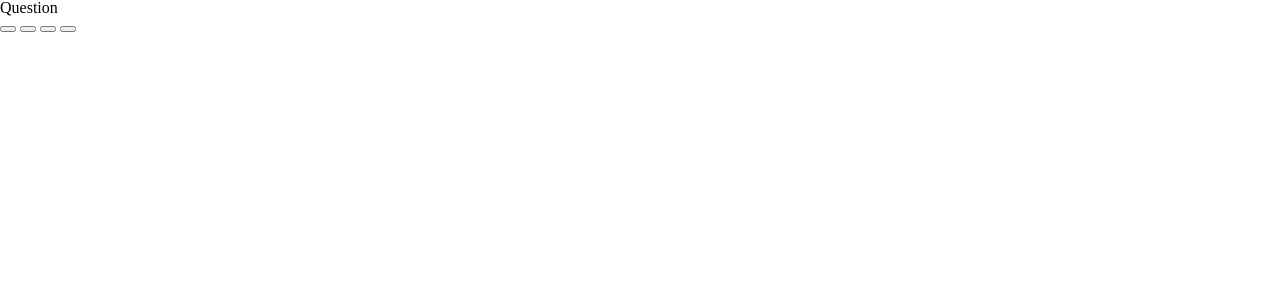
Repository: Pauldan1988/timed-quiz
Page: index.html
The author's editor kept a copy of each file at every save. The page is drawn from the files as they stood at one save, then again after a run of saves.
The browser window is 1280 px wide. The pictures show the whole page.

Above is the page before, as saved 2023-01-15 12:35:34.
Console error: SyntaxError: Unexpected token '}'

### index.html
<!DOCTYPE html>
<html lang="en">
  <head>
    <meta charset="UTF-8" />
    <meta http-equiv="X-UA-Compatible" content="IE=edge" />
    <meta
      name="viewport"
      content="width=device-width, height=device-height, initial-scale=1.0, user-scalable=yes"
    />
    <title>Document</title>
    <link rel="stylesheet" href="./assets/reset.css" />
    <link rel="stylesheet" href="./assets/style.css" />
  </head>
  <body>
    <div id="quizlet"></div>
    <div id="quiz area">
      <h2 id="questiontext">Question</h2>
      <button id="q1"></button>
      <button id="q2"></button>
      <button id="q3"></button>
      <button id="q4"></button>
      <p id="timer"></p>
    </div>

    <script src="./assets/script.js"></script>
  </body>
</html>

### assets/script.js
const body = document.body;
const headerEl = document.createElement("header");
const h1El = document.createElement("h1");
const paraEl = document.createElement("p");
const startQuizEl = document.createElement("div");
const scoresEl = document.createElement("div");
let time = 60
let timer
let questionIndex = 0
const questions = [
    {
        question:"This is a question",
        choices: ["1","2","3","4"],
        answer: "1"
    },
    {
        question:"This is a question 2",
        choices: ["1","2","3","4"],
        answer: "2"
    },
    {
        question:"This is a question 3",
        choices: ["1","2","3","4"],
        answer: "4"
    },
    {
        question:"This is a question 4",
        choices: ["1","2","3","4"],
        answer: "3"
    }
]


function displayQuestion() {
    document.querySelector("#questiontext").innerText = questions[questionIndex].question
    document.querySelector("#q1").innerText = questions[questionIndex].choices[0]
    document.querySelector("#q2").innerText = questions[questionIndex].choices[1]
    document.querySelector("#q3").innerText = questions[questionIndex].choices[2]
    document.querySelector("#q4").innerText = questions[questionIndex].choices[3]
}
displayQuestion()


function startTimer() {
    timer = setInterval(function(){
        if(time > 0){
            time -=1
            document.querySelector("#timer").innerText = time
        }
    },1000)
}
startTimer()


function checkAnswer(event) {
 const userChoice = event.target.
}









body.appendChild(headerEl)
body.appendChild(h1El)
headerEl.setAttribute("style", "margin:auto; background-color: black; width:auto; height: 5rem; display:flex;")
h1El.setAttribute("style", "margin:auto; display:flex; justify-content:center; font-size:50px")

h1El.textContent = "JavaQuiz!"

function header() {

}






























// const containerE1 = document.getElementById("quizlet")

// function dashboard() {
//     const dashContainer = document.createElement("div")

//     const dashHeader = document.createElement("header")
//     dashHeader.textContent = "Quizlet"
//     // dashHeader.classList.add("")
//     const logoh1 = document.createElement("h1")
//     logoh1.textContent = "QZ"
//     // logoh1.classList.add("")
//     const dashButton = document.createElement("button")
//     dashButton.textContent = "Scores"
//     dashButton.addEventListener("click", function () {

//     })
//     dashHeader.appendChild(logoh1)
//     dashHeader.appendChild(dashButton)
//     dashContainer.appendChild(dashHeader)
//     return dashContainer
// }

// dashboard()

// function scoreSheet() {
//     const scoreDiv = document.createElement = createElement("div")

//     const scoreHeader = document.createElement = createElement("header")
//     scoreHeader.textContent = "Congratulations! Your score is"
//     // scoreHeader.classList.add("")
//     // const scoreHeader


// }8q

Loaded but not shown: assets/CSS/reset.css (common file); assets/CSS/style.css (no copy from this time; the picture is the same without it)

After the next 2 saves:
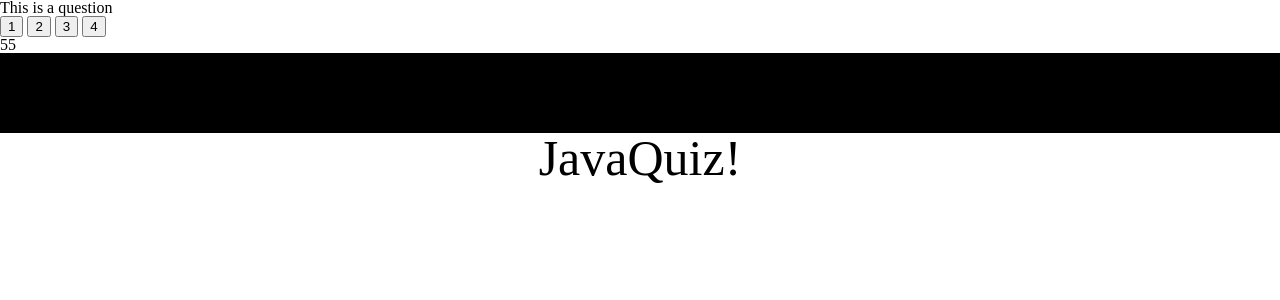
The error is gone.
The 2 saves are shown as one change because they came seconds apart.
The last was saved 6 s later.
--- a/assets/script.js
+++ b/assets/script.js
@@ -53,7 +53,7 @@
 
 
 function checkAnswer(event) {
- const userChoice = event.target.
+ const userChoice = event.target.innerText
 }
 
 
